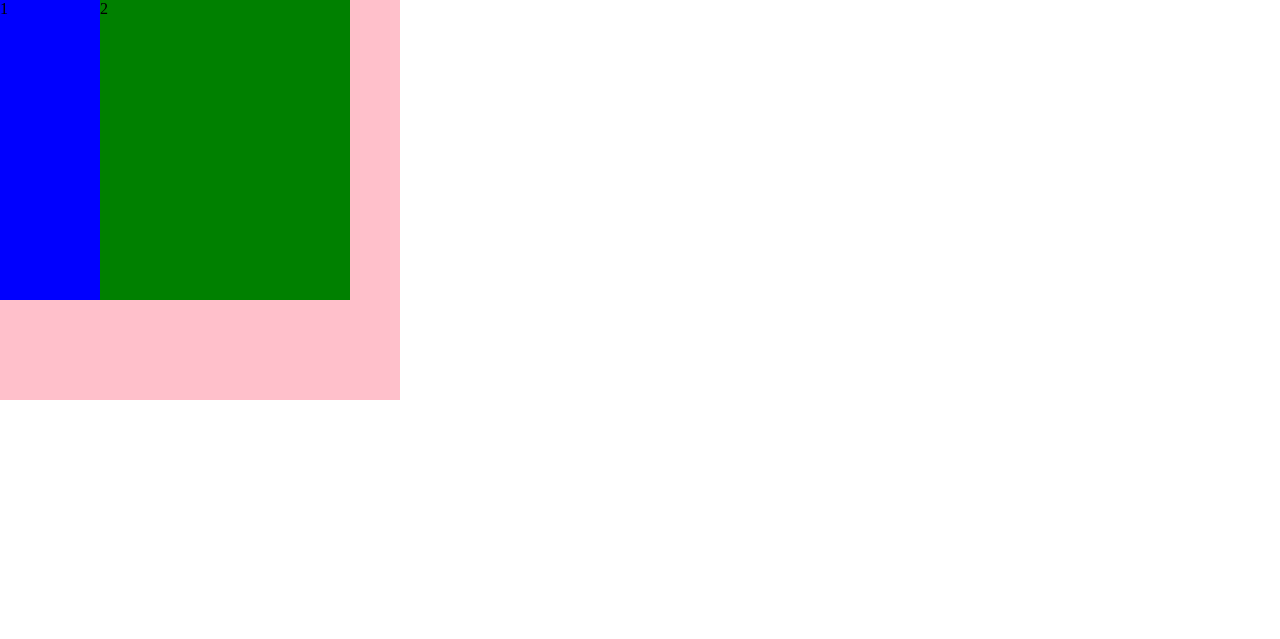
Repository: Germtao/Web
Page: web_css/css_浮动.html
The author's editor kept a copy of each file at every save. The page is drawn from the files as they stood at one save, then again after the next save.
The browser window is 1280 px wide. The pictures show the whole page.

Above is the page before, as saved 2020-10-30 10:12:18.

### web_css/css_浮动.html
<!DOCTYPE html>
<html lang="en">

<head>
  <meta charset="UTF-8">
  <meta name="viewport" content="width=device-width, initial-scale=1.0">
  <title>css-浮动</title>

  <!-- <style type="text/css">
    span {
      font-size: 100px;
    }
  </style> -->

  <!-- 行内元素和块级元素 -->
  <!-- 行内元素和块级元素的区别：
    行内元素：
      - 与其他行内元素并排
      - 不能设置宽、高。默认的宽度，就是文字的宽度
    块级元素：
      - 霸占一行，不能与其他任何元素并列
      - 能接受宽、高。如果不设置宽度，那么宽度将默认变为父亲的100%
   -->
  <!-- <style type="text/css">
    h1 {
      background-color: pink;
      width: 500px;
      height: 80px;
    }

    span {
      display: block;
      background: red;
      /* 设置无效 */
      width: 500px;
      height: 80px;
    }

    div {
      display: inline;
      background-color: pink;
      width: 500px;
      height: 80px;
    }
  </style> -->

  <!-- css中一共有三种手段，使一个元素脱离标准文档流：
    1. 浮动
    2. 绝对定位
    3. 固定定位
   -->
  <!-- <style type="text/css">
    .box1 {
      float: left;
      width: 200px;
      height: 200px;
      background-color: yellowgreen;
    }

    .box2 {

      width: 300px;
      height: 300px;
      background-color: skyblue;
    }
  </style> -->

  <!-- 性质2：浮动的元素互相贴靠 -->
  <!-- <style type="text/css">
    div {
      font-size: 100px;
    }

    .div1 {
      float: left;
      background-color: greenyellow;
      width: 200px;
      height: 300px;
    }

    .div2 {
      float: left;
      background-color: pink;
      width: 100px;
      height: 200px;
    }

    .div3 {
      float: left;
      background-color: skyblue;
      width: 300px;
      height: 300px;
    }
  </style> -->

  <!-- 性质3：浮动的元素有“字围”效果 -->
  <!-- <style type="text/css">
    div {
      float: left;
    }

    p {
      background-color: pink;
    }
  </style> -->

  <style type="text/css">
    * {
      margin: 0px;
      padding: 0px;
    }

    div {
      width: 400px;
      height: 400px;
      background-color: pink;
    }

    .para1 {
      float: left;
      width: 100px;
      height: 300px;
      background-color: blue;
    }

    .para2 {
      float: left;
      width: 250px;
      height: 300px;
      background-color: green;
    }
  </style>
</head>

<body>
  <!-- <p>
    哈哈
    <span>王者荣耀</span>
    哈哈哈哈哈哈哈
    <img src="http://img.smyhvae.com/20170729_1445.png" alt="">
    <img src="http://img.smyhvae.com/20170729_1502.png" alt="">
  </p> -->

  <!-- 行内元素和块级元素 -->
  <!-- <h1>内容1</h1>
  <h1>内容2</h1>

  <span>内容3</span>
  <span>内容4</span>

  <div>我是大标题</div> -->

  <!-- 浮动 -->
  <!-- <div class="box1"></div>
  <div class="box2"></div> -->

  <!-- 性质2：浮动的元素互相贴靠 -->
  <!-- <div class="div1">1</div>
  <div class="div2">2</div>
  <div class="div3">3</div> -->

  <!-- 性质3：浮动的元素有“字围”效果 -->
  <!-- <div>
    <img src="./img/倪妮.jpg">
  </div>
  <p>倪妮----xxxxxxxxxxxxxxxxxxxxxxxxxxxxxxxxxxxxxxxxxxxxxxxxxxxxxxxxxxxxxxxxxxxxxxxxxxxxxxxxxxxxxxxxxxxxxxxxxxxxxxxxxx
    xxxxxxxxxxxxxxxxxxxxxxxxxxxxxxxxxxxxxxxxxxxxxxxxxxxxxxxxxxxxxxxxxxxxxxxxxxxxxxxxxxxxxxxxxxxxxxxxxxxxxxxxxxxxxxxxx
    xxxxxxxxxxxxxxxxxxxxxxxxxxxxxxxxxxxxxxxxxxxxxxxxxxxxxxxxxxxxxxxxxxxxxxxxxxxxxxxxxxxxxxxxx
  </p> -->

  <!-- 浮动的补充 -->
  <div>
    <p class="para1">1</p>
    <p class="para2">2</p>
  </div>
</body>

</html>

After the next save:
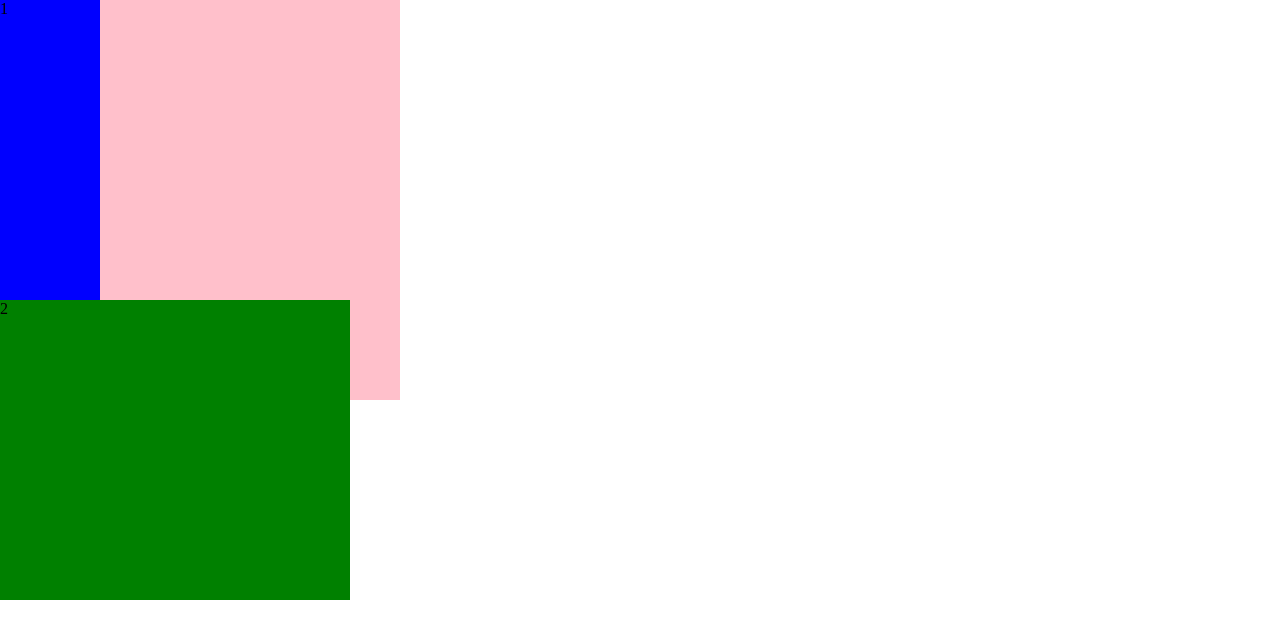
Saved 71 s later.
--- a/web_css/css_浮动.html
+++ b/web_css/css_浮动.html
@@ -125,7 +125,7 @@
 
     .para2 {
       float: left;
-      width: 250px;
+      width: 350px;
       height: 300px;
       background-color: green;
     }

After the save that followed:
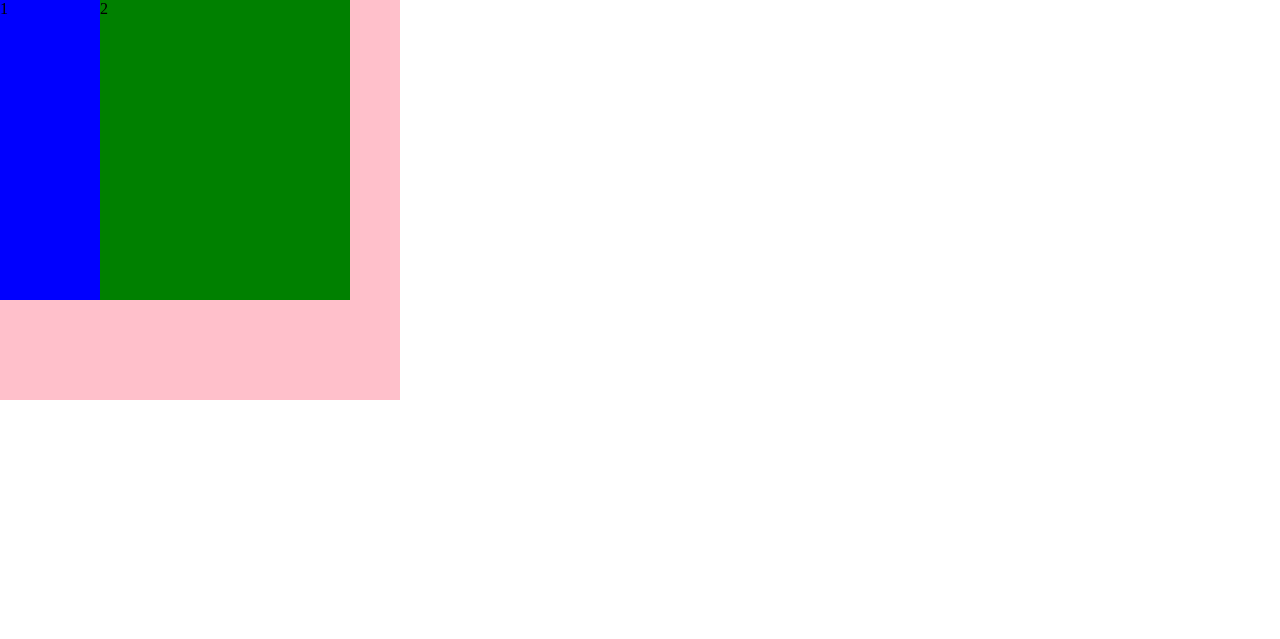
Saved 23 s later.
--- a/web_css/css_浮动.html
+++ b/web_css/css_浮动.html
@@ -125,7 +125,7 @@
 
     .para2 {
       float: left;
-      width: 350px;
+      width: 250px;
       height: 300px;
       background-color: green;
     }
